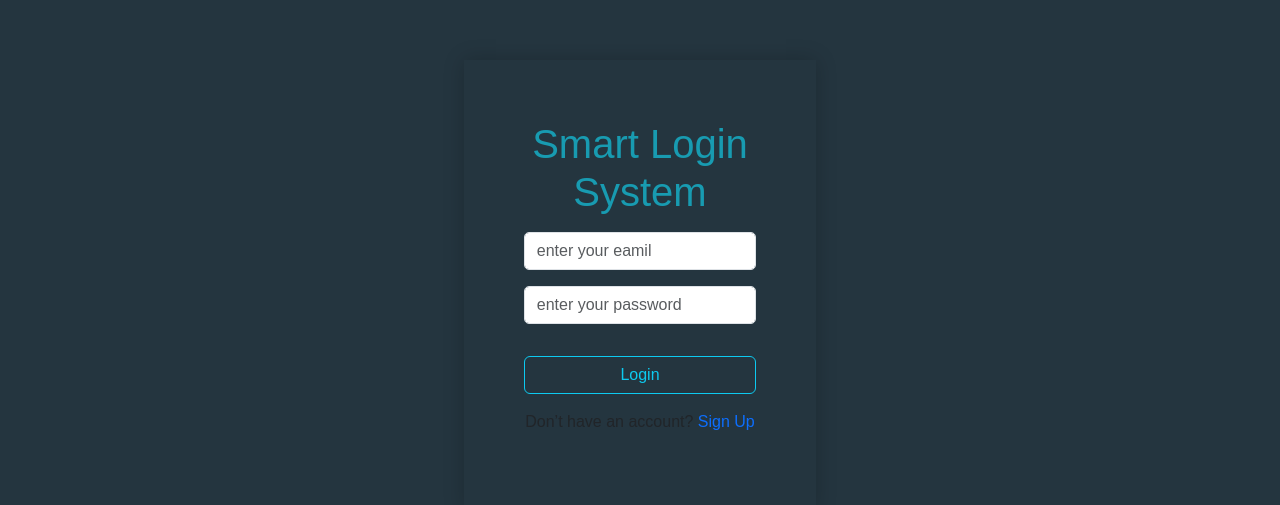
Repository: bodajava/TASK-4
Page: index.html
The author's editor kept a copy of each file at every save. The page is drawn from the files as they stood at one save, then again after the next save.
The browser window is 1280 px wide. The pictures show the whole page.

Above is the page before, as saved 2025-06-16 18:56:11.

After the next save:
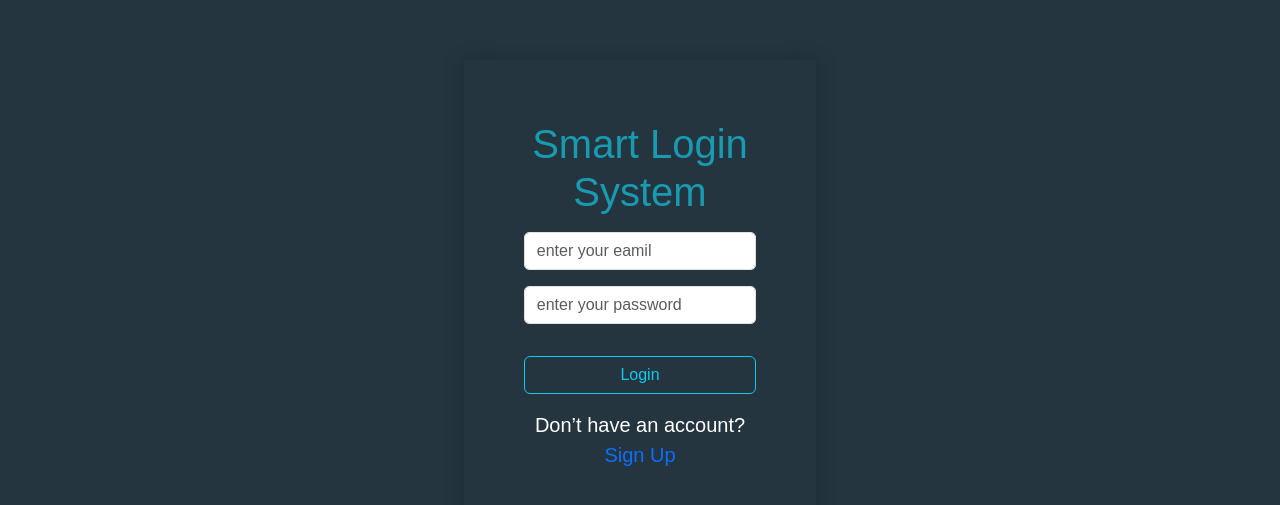
Saved 9 s later.
--- a/index.html
+++ b/index.html
@@ -25,7 +25,7 @@
           id="signinPassword"
         />
         <button class="btn btn-outline-info w-100 my-3">Login</button>
-        <p>Don’t have an account? <a href="">Sign Up</a></p>
+        <p class="paragraph">Don’t have an account? <a href="">Sign Up</a></p>
       </div>
     </div>
 
